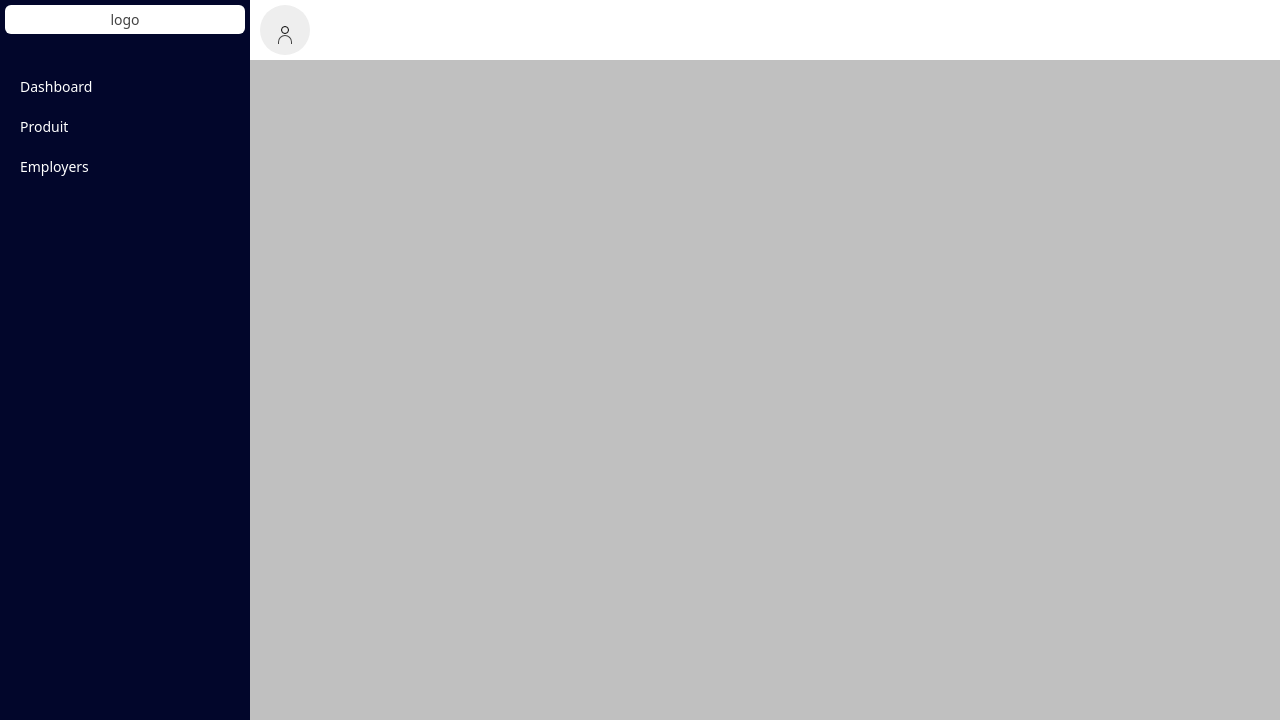
Repository: zpaulange/task_manager
Page: dashboard/index.html
These files come from the project's save history. The page is drawn as it stood at one moment and after the next save; the edit follows.
The browser window is 1280 px wide. The pictures show the whole page.

Above is the page before, as saved 2025-03-06 10:45:45.

After the next save:
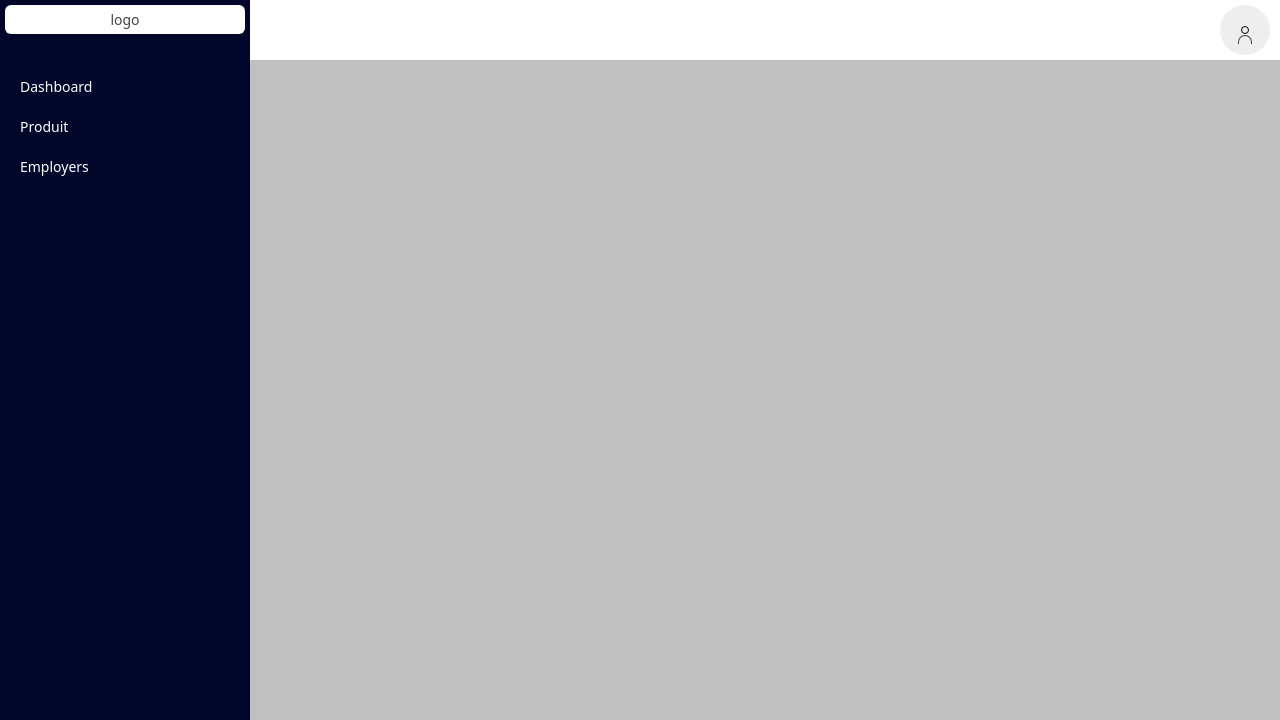
Saved 11 s later.
--- a/assets/styles/dashboard/style.css
+++ b/assets/styles/dashboard/style.css
@@ -71,6 +71,8 @@ ul li{
   background-color: #fff;
   padding:5px 10px;
   display: flex;
+  align-items:center;
+  justify-content: flex-end;
 }
 .dashbaord_nav_avatar{
   display: flex;
